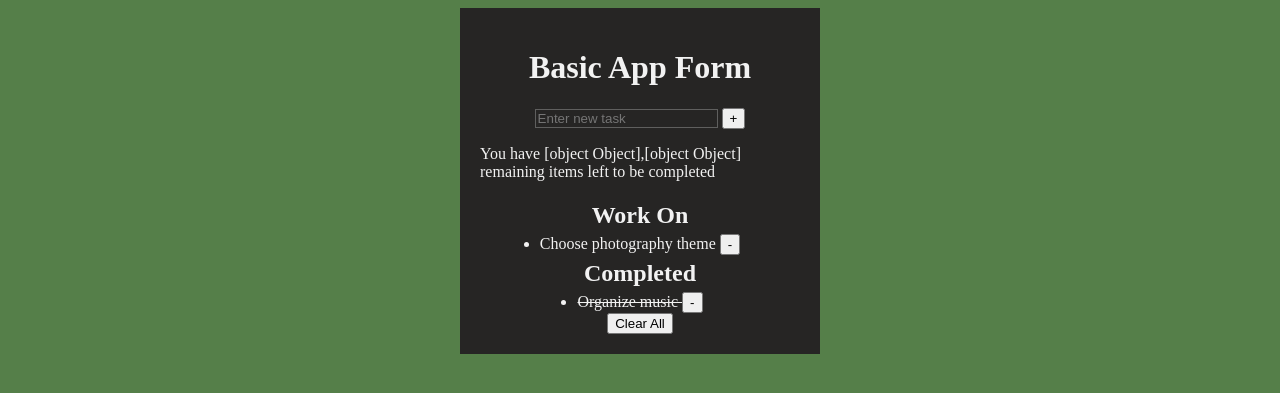
Repository: Kayla-amr/dgm_3760
Page: todoTemplate-W2/index.html
The author's editor kept a copy of each file at every save. The page is drawn from the files as they stood at one save, then again after a run of saves.
The browser window is 1280 px wide. The pictures show the whole page.

Above is the page before, as saved 2022-11-08 12:57:14.

### todoTemplate-W2/index.html
<!DOCTYPE html>
<html lang="en">

<head>
    <meta charset="UTF-8">
    <meta http-equiv="X-UA-Compatible" content="IE=edge">
    <meta name="viewport" content="width=device-width, initial-scale=1.0">
    <link rel="stylesheet" href="styles.css">
    <title>Basic Todo App</title>
</head>

<body>
    <main>
        <div class="taskForm">
            <h1 class="formTitle"></h1>
            <div>
                <input class="userInput" type="text" placeholder="Enter new task">
                <button class="addTask">+</button>
            </div>
            <p class="remainingTasks"></p>
            <h2>Work On</h2>
            <ul class='todoTasks'>
            </ul>
            <h2>Completed</h2>
            <ul class='completedTasks'>
            </ul>

            <button id="clearBtn">Clear All</button>
    </main>

    </div>
</body>
<script src="/todoTemplate-W2/index.js"></script>

</html>

### todoTemplate-W2/styles.css
body{
    background-color: #557f49;
    color: #f2f2f2;
}
main{
    display: flex;
    justify-content: center;
}
h2{
    margin: 0;
    padding: 5px;
}
.taskForm{
    background-color: #262524;
    padding: 20px;
    width: 20rem;
    display: flex;
    flex-direction: column;
    align-items: center;
}

.todoTasks{
    margin: 0;
    padding: 0;
}
.completedTasks{
    margin: 0;
    padding: 0;
}
.userInput{
    background-color: #eaaf1900;
    border: 1px solid #808080a1;
    color: #f2f2f2;
}

### todoTemplate-W2/index.js
const addBtn = document.querySelector('.addTask'); //store element object for the add task button
const todoTaskUl = document.querySelector('.todoTasks'); //get a reference to the task container UL
const completedTaskUL = document.querySelector('.completedTasks'); //get a reference to the task container UL
const clearBtn = document.querySelector('#clearBtn'); //clear button
const removeBtn = document.querySelector('.removeBtn');
const remainingTasks = document.querySelector('.remainingTasks')

let myList = [
	{
		id: 0,
		name: 'Choose photography theme',
		category: 'Homework',
		due_date: 'Tomorrow',
		status: false
	},
	{
		id: 1,
		name: 'Organize music',
		category: 'Chores',
		due_date: 'Wednesday',
		status: true
	}
];

//app title
document.querySelector('.formTitle').innerText = 'Basic App Form';

//view todods

function displayTodos(todos) {
	//clear out any tasks (li elements) that are in the UL
	todoTaskUl.innerHTML = '';
	completedTaskUL.innerHTML = '';
	//for each todo in the array, add it to the container UL
	todos.forEach(function(myTask) {
		if (myTask.status != true) {
			todoTaskUl.innerHTML += `<li data-todoId='${myTask.id}'> ${myTask.name} <button class="removeBtn" onclick="deleteTask()">-</button></li>`;
		} else {
			completedTaskUL.style.textDecoration = 'line-through';
			completedTaskUL.innerHTML += `<li data-todoId='${myTask.id}'> ${myTask.name} <button class="removeBtn" onclick="deleteTask()">-</button></li>`;
		}
	});
}

//add todos

function addTask() {
	let userInput = document.querySelector('.userInput').value;

	const newTodoObj = {
		id: myList.length + 1,
		name: userInput,
		category: null,
		due_date: null,
		status: false
	};

	myList.push(newTodoObj);
	displayTodos(myList);
}

// create a function to complete todos
function editTask() {
	const clickedTodoId = event.target.dataset.todoid;
	const todoIdx = myList.findIndex((todo) => todo.id == clickedTodoId);
	myList[todoIdx].status = !myList[todoIdx].status;
	console.log(myList)
	displayTodos(myList);
	// function will take 1 parameter (input) an id of the todo to complete
	// find the todo to complete and then change the value of status in the todo object
	//use the .findIndex method to get the index
	//then edit the object directly using bracket notation
	//IE: myList[todoIDX].status
}

//create a function to delete todos
function deleteTask() {

	const todoIdx = myList.findIndex((todo) => todo.obj == removeBtn);
	myList.splice(todoIdx, 1);
	displayTodos(myList);
	//much the same as the complete todo function
	//instead of editing the object, you will need to remove it from the array
}

function deleteComplete() {
	myList.forEach((todo, index, array) => {
		if(todo.status) {
			array.splice(index, 1)
		}
	})
}

function remaining(){
    let x = document.querySelector('.todoTasks').getElementsByTagName('li').length;

    remainingTasks.textContent = `You have ${myList} remaining items left to be completed`
}

remaining()

//for complete and delete event listeners you will need to listen for events on the UL



addBtn.addEventListener('click', (event) => {
	addTask();
});

todoTaskUl.addEventListener('click', (event) => {
	editTask();
});

completedTaskUL.addEventListener('click', (event) => {
	editTask();
});

clearBtn.addEventListener('click', (event) => {


	deleteComplete()
	displayTodos(myList)

});

//on page load, show the todos
displayTodos(myList);

After the next 6 saves:
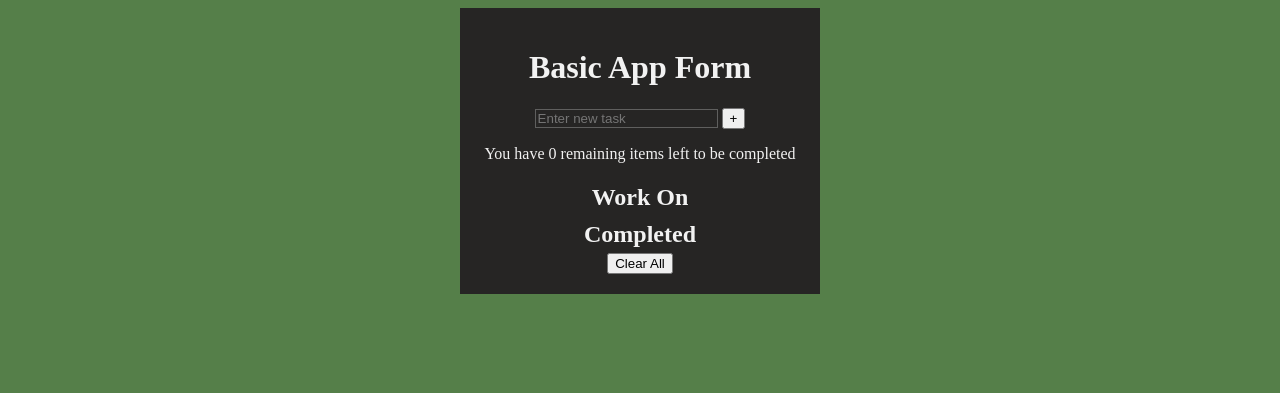
Console error: TypeError: todos.forEach is not a function
The 6 saves are shown as one change because they came seconds apart.
The last was saved 20 s later.
--- a/todoTemplate-W2/index.js
+++ b/todoTemplate-W2/index.js
@@ -92,7 +92,7 @@
 }
 
 function remaining(){
-    let x = document.querySelector('.todoTasks').getElementsByTagName('li').length;
+    myList = document.querySelector('.todoTasks').getElementsByTagName('li').length;
 
     remainingTasks.textContent = `You have ${myList} remaining items left to be completed`
 }

After the 2 saves that followed:
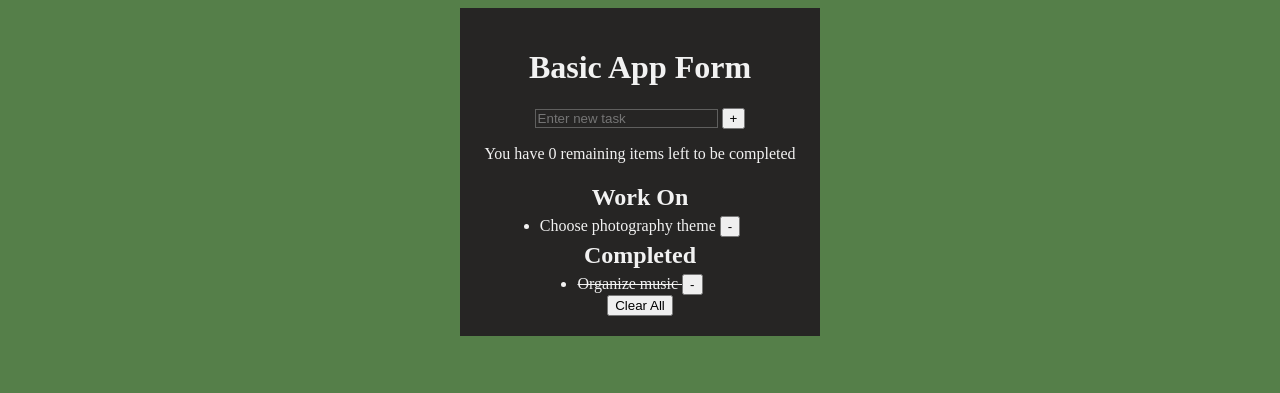
The error is gone.
The 2 saves are shown as one change because they came seconds apart.
The last was saved 16 s later.
--- a/todoTemplate-W2/index.js
+++ b/todoTemplate-W2/index.js
@@ -92,7 +92,7 @@
 }
 
 function remaining(){
-    myList = document.querySelector('.todoTasks').getElementsByTagName('li').length;
+    let myList = document.querySelector('.todoTasks').getElementsByTagName('li').length;
 
     remainingTasks.textContent = `You have ${myList} remaining items left to be completed`
 }
